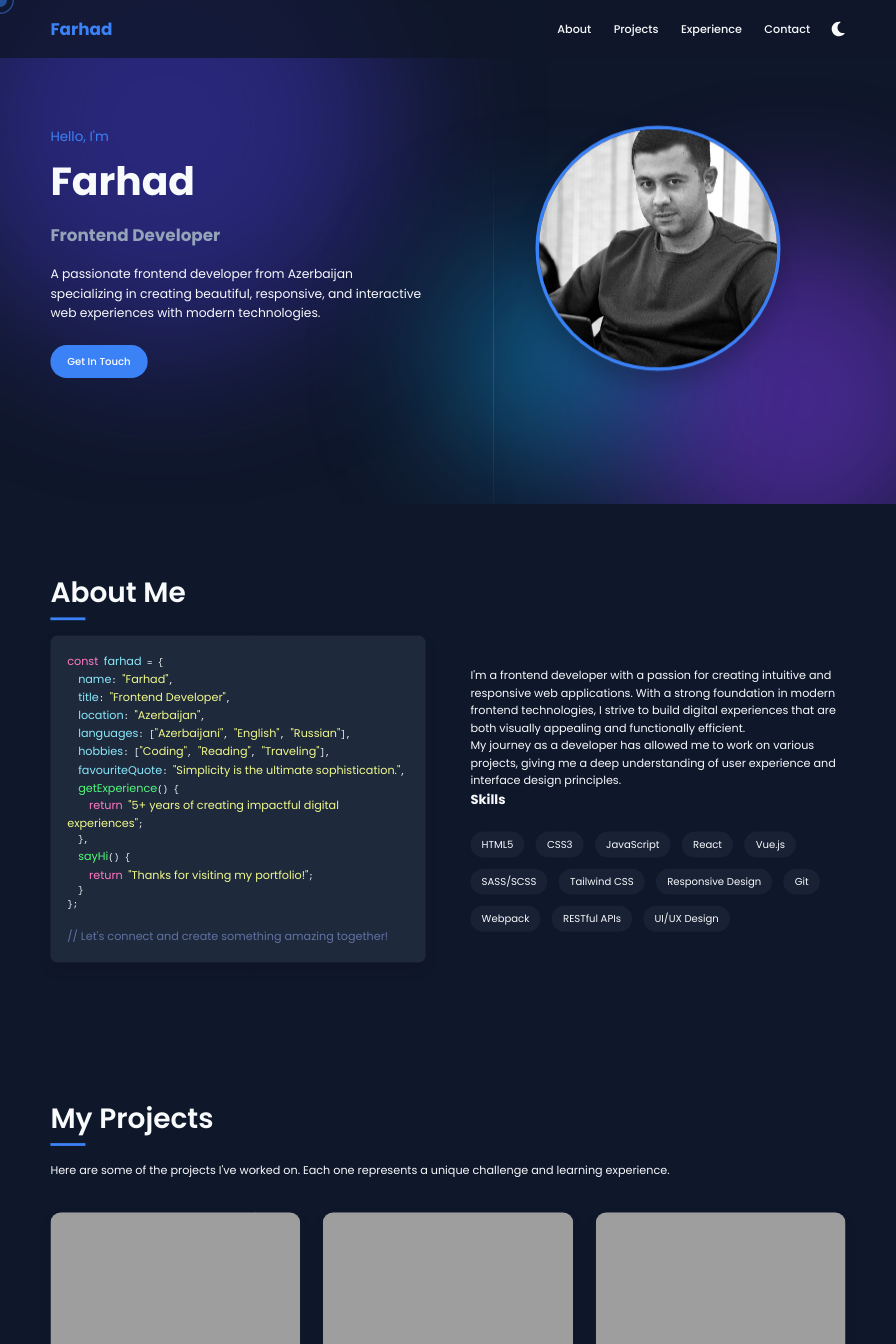
Repository: ferhadsultan98/portfolios
Page: index.html
These files come from the project's save history. The page is drawn as it stood at one moment and after the next save; the edit follows.
The browser window is 1280 px wide. The pictures show the part of the page from y = 0 to 1920 px (the page is 4449 px tall), at 70% of full size.
Pictures or frames that could not be fetched are drawn as grey boxes.

Above is the page before, as saved 2025-04-16 14:46:09.

### index.html
<!DOCTYPE html>
<html lang="en">
  <head>
    <meta charset="UTF-8" />
    <meta name="viewport" content="width=device-width, initial-scale=1.0" />
    <title>Farhad | Frontend Developer</title>
    <link rel="stylesheet" href="index.css" />
  </head>
  <body>
    <!-- Background Gradient Animation -->
    <div class="bg-gradient">
      <div class="gradient-circle circle-1"></div>
      <div class="gradient-circle circle-2"></div>
      <div class="gradient-circle circle-3"></div>
    </div>

    <!-- Custom Cursor -->
    <div class="cursor"></div>
    <div class="cursor-follower"></div>

    <!-- Header -->
    <header>
      <div class="container">
        <div class="header-content">
          <a href="#home" class="logo">Farhad</a>
          <div class="navbar">
            <ul class="nav-links">
              <li><a href="#about">About</a></li>
              <li><a href="#projects">Projects</a></li>
              <li><a href="#experience">Experience</a></li>
              <li><a href="#contact">Contact</a></li>
            </ul>
            <button class="theme-toggle">
              <i class="fas fa-moon"></i>
            </button>
            <button class="mobile-menu-btn">
              <i class="fas fa-bars"></i>
            </button>
          </div>
        </div>
      </div>
    </header>

    <!-- Home Section -->
    <section id="home">
      <div class="container">
        <div class="home-content">
          <div class="home-text">
            <p class="greeting">Hello, I'm</p>
            <h1 class="name">Farhad</h1>
            <h3 class="role">Frontend Developer</h3>
            <p class="home-desc">
              A passionate frontend developer from Azerbaijan specializing in
              creating beautiful, responsive, and interactive web experiences
              with modern technologies.
            </p>
            <a href="#contact" class="btn">Get In Touch</a>
          </div>
          <div class="home-image">
            <img src="/download.jpg" alt="Farhad Profile" class="profile-img" />
          </div>
        </div>
      </div>
    </section>

    <!-- About Section -->
    <section id="about">
      <div class="container">
        <h2 class="section-title">About Me</h2>
        <div class="about-content">
          <div class="about-text">
            <div class="code-block">
              <span class="code-keyword">const</span>
              <span class="code-property">farhad</span> = {<br />
              &nbsp;&nbsp;<span class="code-property">name</span>:
              <span class="code-string">"Farhad"</span>,<br />
              &nbsp;&nbsp;<span class="code-property">title</span>:
              <span class="code-string">"Frontend Developer"</span>,<br />
              &nbsp;&nbsp;<span class="code-property">location</span>:
              <span class="code-string">"Azerbaijan"</span>,<br />
              &nbsp;&nbsp;<span class="code-property">languages</span>: [<span
                class="code-string"
                >"Azerbaijani"</span
              >, <span class="code-string">"English"</span>,
              <span class="code-string">"Russian"</span>],<br />
              &nbsp;&nbsp;<span class="code-property">hobbies</span>: [<span
                class="code-string"
                >"Coding"</span
              >, <span class="code-string">"Reading"</span>,
              <span class="code-string">"Traveling"</span>],<br />
              &nbsp;&nbsp;<span class="code-property">favouriteQuote</span>:
              <span class="code-string"
                >"Simplicity is the ultimate sophistication."</span
              >,<br />
              &nbsp;&nbsp;<span class="code-function">getExperience</span>()
              {<br />
              &nbsp;&nbsp;&nbsp;&nbsp;<span class="code-keyword">return</span>
              <span class="code-string"
                >"5+ years of creating impactful digital experiences"</span
              >;<br />
              &nbsp;&nbsp;},<br />
              &nbsp;&nbsp;<span class="code-function">sayHi</span>() {<br />
              &nbsp;&nbsp;&nbsp;&nbsp;<span class="code-keyword">return</span>
              <span class="code-string"
                >"Thanks for visiting my portfolio!"</span
              >;<br />
              &nbsp;&nbsp;}<br />
              };<br /><br />
              <span class="code-comment"
                >// Let's connect and create something amazing together!</span
              >
            </div>
          </div>
          <div class="about-skills">
            <p>
              I'm a frontend developer with a passion for creating intuitive and
              responsive web applications. With a strong foundation in modern
              frontend technologies, I strive to build digital experiences that
              are both visually appealing and functionally efficient.
            </p>
            <p>
              My journey as a developer has allowed me to work on various
              projects, giving me a deep understanding of user experience and
              interface design principles.
            </p>
            <h3>Skills</h3>
            <div class="skills-container">
              <div class="skill-item">HTML5</div>
              <div class="skill-item">CSS3</div>
              <div class="skill-item">JavaScript</div>
              <div class="skill-item">React</div>
              <div class="skill-item">Vue.js</div>
              <div class="skill-item">SASS/SCSS</div>
              <div class="skill-item">Tailwind CSS</div>
              <div class="skill-item">Responsive Design</div>
              <div class="skill-item">Git</div>
              <div class="skill-item">Webpack</div>
              <div class="skill-item">RESTful APIs</div>
              <div class="skill-item">UI/UX Design</div>
            </div>
          </div>
        </div>
      </div>
    </section>

    <!-- Projects Section -->
    <section id="projects">
      <div class="container">
        <h2 class="section-title">My Projects</h2>
        <p>
          Here are some of the projects I've worked on. Each one represents a
          unique challenge and learning experience.
        </p>
        <div class="projects-container">
          <div class="project-card">
            <img
              src="/api/placeholder/400/240"
              alt="E-commerce Website"
              class="project-img"
            />
            <div class="project-content">
              <h3 class="project-title">E-commerce Website</h3>
              <p class="project-desc">
                A fully responsive e-commerce platform with user authentication,
                product filtering, and payment integration.
              </p>
              <div class="project-tags">
                <span class="project-tag">React</span>
                <span class="project-tag">Redux</span>
                <span class="project-tag">Stripe</span>
                <span class="project-tag">Firebase</span>
              </div>
              <button class="btn btn-sm view-project" data-project="project1">
                View Details
              </button>
            </div>
          </div>
          <div class="project-card">
            <img
              src="/api/placeholder/400/240"
              alt="Dashboard Application"
              class="project-img"
            />
            <div class="project-content">
              <h3 class="project-title">Dashboard Application</h3>
              <p class="project-desc">
                An interactive admin dashboard with data visualization, user
                management, and real-time updates.
              </p>
              <div class="project-tags">
                <span class="project-tag">Vue.js</span>
                <span class="project-tag">Chart.js</span>
                <span class="project-tag">Socket.io</span>
                <span class="project-tag">Node.js</span>
              </div>
              <button class="btn btn-sm view-project" data-project="project2">
                View Details
              </button>
            </div>
          </div>
          <div class="project-card">
            <img
              src="/api/placeholder/400/240"
              alt="Travel Blog"
              class="project-img"
            />
            <div class="project-content">
              <h3 class="project-title">Travel Blog</h3>
              <p class="project-desc">
                A content-focused travel blog with a custom CMS, image
                galleries, and interactive maps.
              </p>
              <div class="project-tags">
                <span class="project-tag">JavaScript</span>
                <span class="project-tag">SCSS</span>
                <span class="project-tag">Mapbox</span>
                <span class="project-tag">WordPress</span>
              </div>
              <button class="btn btn-sm view-project" data-project="project3">
                View Details
              </button>
            </div>
          </div>
        </div>
      </div>

      <!-- Project Modals -->
      <div id="project1Modal" class="project-modal">
        <div class="modal-content">
          <button class="close-modal">&times;</button>
          <img
            src="/api/placeholder/700/400"
            alt="E-commerce Website"
            class="modal-image"
          />
          <h2>E-commerce Website</h2>
          <p>
            A comprehensive e-commerce solution built with modern web
            technologies. This project features a responsive design that adapts
            to any device, providing users with a seamless shopping experience.
          </p>
          <h3>Features:</h3>
          <ul>
            <li>User authentication and profile management</li>
            <li>Product catalog with advanced filtering options</li>
            <li>Shopping cart and wishlist functionality</li>
            <li>Secure checkout process with Stripe integration</li>
            <li>Order tracking and history</li>
            <li>Admin panel for product and order management</li>
          </ul>
          <h3>Technologies Used:</h3>
          <ul>
            <li>React for the frontend UI</li>
            <li>Redux for state management</li>
            <li>Firebase for backend services and authentication</li>
            <li>Stripe for payment processing</li>
            <li>SCSS for custom styling</li>
            <li>Jest for unit testing</li>
          </ul>
          <div class="project-buttons">
            <a href="#" class="btn btn-sm">Visit Website</a>
            <a href="#" class="btn btn-sm">View Code</a>
          </div>
        </div>
      </div>

      <div id="project2Modal" class="project-modal">
        <div class="modal-content">
          <button class="close-modal">&times;</button>
          <img
            src="/api/placeholder/700/400"
            alt="Dashboard Application"
            class="modal-image"
          />
          <h2>Dashboard Application</h2>
          <p>
            A feature-rich admin dashboard designed to visualize and manage
            complex data sets. The application provides real-time updates and
            intuitive controls for efficient data management.
          </p>
          <h3>Features:</h3>
          <ul>
            <li>Interactive data visualization with customizable charts</li>
            <li>User management system with role-based permissions</li>
            <li>Real-time notifications and updates</li>
            <li>Drag-and-drop interface for report building</li>
            <li>Export functionality for reports and data</li>
            <li>Dark and light theme options</li>
          </ul>
          <h3>Technologies Used:</h3>
          <ul>
            <li>Vue.js for frontend development</li>
            <li>Chart.js for data visualization</li>
            <li>Socket.io for real-time communication</li>
            <li>Node.js for backend services</li>
            <li>MongoDB for database management</li>
            <li>Tailwind CSS for styling</li>
          </ul>
          <div class="project-buttons">
            <a href="#" class="btn btn-sm">Visit Website</a>
            <a href="#" class="btn btn-sm">View Code</a>
          </div>
        </div>
      </div>

      <div id="project3Modal" class="project-modal">
        <div class="modal-content">
          <button class="close-modal">&times;</button>
          <img
            src="/api/placeholder/700/400"
            alt="Travel Blog"
            class="modal-image"
          />
          <h2>Travel Blog</h2>
          <p>
            A visually stunning travel blog focused on delivering rich content
            and immersive experiences. The blog features beautifully designed
            articles, interactive maps, and high-quality image galleries.
          </p>
          <h3>Features:</h3>
          <ul>
            <li>Custom content management system for easy publishing</li>
            <li>Interactive maps showing travel destinations</li>
            <li>Image galleries with lightbox functionality</li>
            <li>Category and tag-based content organization</li>
            <li>Social media integration for content sharing</li>
            <li>Newsletter subscription system</li>
          </ul>
          <h3>Technologies Used:</h3>
          <ul>
            <li>JavaScript for frontend interactivity</li>
            <li>SCSS for advanced styling</li>
            <li>Mapbox for interactive maps</li>
            <li>WordPress as headless CMS</li>
            <li>REST API for content delivery</li>
            <li>Lazy loading for performance optimization</li>
          </ul>
          <div class="project-buttons">
            <a href="#" class="btn btn-sm">Visit Website</a>
            <a href="#" class="btn btn-sm">View Code</a>
          </div>
        </div>
      </div>
    </section>

    <!-- Experience Section -->
    <section id="experience">
      <div class="container">
        <h2 class="section-title">Experience</h2>
        <p>My professional journey in the world of frontend development.</p>
        <div class="experience-timeline">
          <div class="timeline-line"></div>

          <div class="timeline-item">
            <div class="timeline-dot"></div>
            <div class="timeline-date">2023 - Present</div>
            <h3 class="timeline-role">Senior Frontend Developer</h3>
            <p class="timeline-company">TechVision Solutions</p>
            <p class="timeline-desc">
              Lead the frontend development team in creating enterprise-level
              web applications. Implemented modern frontend architecture and
              mentored junior developers. Collaborated with UX/UI designers to
              create intuitive user interfaces.
            </p>
          </div>

          <div class="timeline-item">
            <div class="timeline-dot"></div>
            <div class="timeline-date">2020 - 2023</div>
            <h3 class="timeline-role">Frontend Developer</h3>
            <p class="timeline-company">Digital Innovations Inc.</p>
            <p class="timeline-desc">
              Developed responsive web applications using React and Vue.js.
              Implemented state management solutions and optimized application
              performance. Worked in an agile team environment with daily
              standups and sprint planning.
            </p>
          </div>

          <div class="timeline-item">
            <div class="timeline-dot"></div>
            <div class="timeline-date">2018 - 2020</div>
            <h3 class="timeline-role">UI Developer</h3>
            <p class="timeline-company">Creative Web Solutions</p>
            <p class="timeline-desc">
              Created responsive and accessible user interfaces for various
              clients. Implemented pixel-perfect designs from Figma and Adobe
              XD. Collaborated with backend developers to integrate frontend
              with APIs.
            </p>
          </div>

          <div class="timeline-item">
            <div class="timeline-dot"></div>
            <div class="timeline-date">2017 - 2018</div>
            <h3 class="timeline-role">Frontend Intern</h3>
            <p class="timeline-company">WebTech Azerbaijan</p>
            <p class="timeline-desc">
              Assisted senior developers in building website components. Learned
              modern frontend development practices and collaborated on small to
              medium-sized projects. Focused on HTML, CSS, and JavaScript
              fundamentals.
            </p>
          </div>
        </div>
      </div>
    </section>

    <!-- Contact Section -->
    <section id="contact">
      <div class="container">
        <h2 class="section-title">Contact Me</h2>
        <p>
          Feel free to reach out if you have any questions or want to work
          together.
        </p>
        <div class="contact-content">
          <div class="contact-info">
            <div class="contact-item">
              <div class="contact-icon">
                <i class="fas fa-envelope"></i>
              </div>
              <div>
                <h3>Email</h3>
                <p>farhad@example.com</p>
              </div>
            </div>
            <div class="contact-item">
              <div class="contact-icon">
                <i class="fas fa-phone"></i>
              </div>
              <div>
                <h3>Phone</h3>
                <p>+994 50 123 4567</p>
              </div>
            </div>
            <div class="contact-item">
              <div class="contact-icon">
                <i class="fas fa-map-marker-alt"></i>
              </div>
              <div>
                <h3>Location</h3>
                <p>Baku, Azerbaijan</p>
              </div>
            </div>
            <div class="social-links">
              <a href="#" class="social-link"><i class="fab fa-github"></i></a>
              <a href="#" class="social-link"
                ><i class="fab fa-linkedin"></i
              ></a>
              <a href="#" class="social-link"><i class="fab fa-twitter"></i></a>
              <a href="#" class="social-link"
                ><i class="fab fa-instagram"></i
              ></a>
            </div>
          </div>
          <div class="contact-form">
            <form id="contactForm">
              <div class="form-group">
                <label for="name" class="form-label">Name</label>
                <input
                  type="text"
                  id="name"
                  name="name"
                  class="form-input"
                  required
                />
              </div>
              <div class="form-group">
                <label for="email" class="form-label">Email</label>
                <input
                  type="email"
                  id="email"
                  name="email"
                  class="form-input"
                  required
                />
              </div>
              <div class="form-group">
                <label for="subject" class="form-label">Subject</label>
                <input
                  type="text"
                  id="subject"
                  name="subject"
                  class="form-input"
                  required
                />
              </div>
              <div class="form-group">
                <label for="message" class="form-label">Message</label>
                <textarea
                  id="message"
                  name="message"
                  class="form-input form-textarea"
                  required
                ></textarea>
              </div>
              <button type="submit" class="btn">Send Message</button>
            </form>
          </div>
        </div>
      </div>
    </section>

    <!-- Font Awesome for Icons -->
    <script src="https://cdnjs.cloudflare.com/ajax/libs/font-awesome/5.15.4/js/all.min.js"></script>

    <!-- Main JavaScript -->
    <script type="module" src="index.js"></script>
  </body>
</html>

Loaded but not shown: index.js (232 lines, source omitted); index.css (874 lines, source omitted)

After the next save:
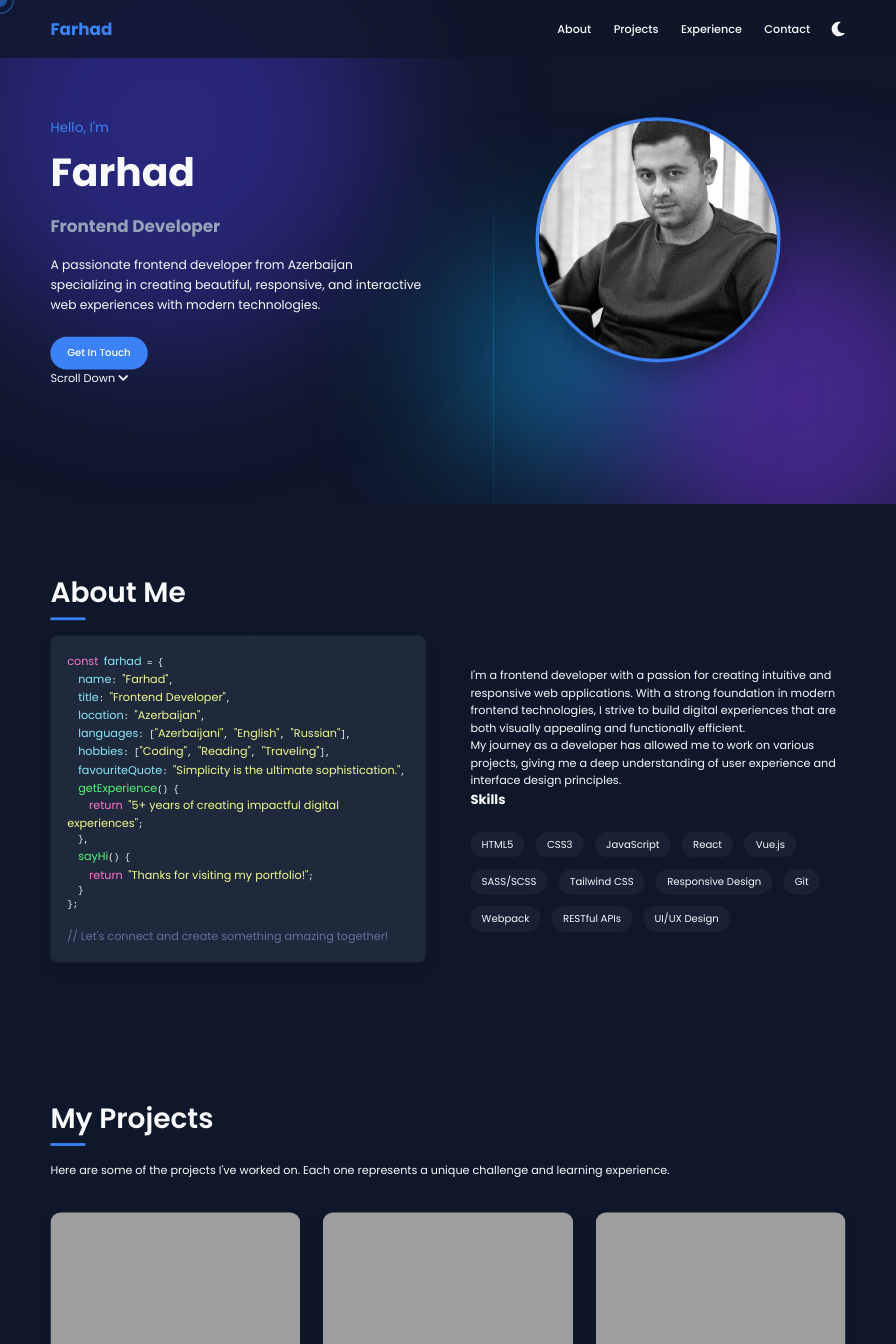
Saved 58 s later.
--- a/index.html
+++ b/index.html
@@ -43,25 +43,34 @@
 
     <!-- Home Section -->
     <section id="home">
-      <div class="container">
-        <div class="home-content">
-          <div class="home-text">
-            <p class="greeting">Hello, I'm</p>
-            <h1 class="name">Farhad</h1>
-            <h3 class="role">Frontend Developer</h3>
-            <p class="home-desc">
-              A passionate frontend developer from Azerbaijan specializing in
-              creating beautiful, responsive, and interactive web experiences
-              with modern technologies.
-            </p>
-            <a href="#contact" class="btn">Get In Touch</a>
-          </div>
-          <div class="home-image">
-            <img src="/download.jpg" alt="Farhad Profile" class="profile-img" />
-          </div>
-        </div>
-      </div>
-    </section>
+        <div class="container">
+          <div class="home-content">
+            <div class="home-text">
+              <p class="greeting">Hello, I'm</p>
+              <h1 class="name">Farhad</h1>
+              <h3 class="role">Frontend Developer</h3>
+              <p class="home-desc">
+                A passionate frontend developer from Azerbaijan specializing in
+                creating beautiful, responsive, and interactive web experiences
+                with modern technologies.
+              </p>
+              <div class="home-actions">
+                <a href="#contact" class="btn">Get In Touch</a>
+              </div>
+            </div>
+            <div class="home-image">
+              <img src="/download.jpg" alt="Farhad Profile" class="profile-img" />
+            </div>
+          </div>
+          <div class="scroll-down">
+            <span>Scroll Down</span>
+            <i class="fas fa-chevron-down"></i>
+          </div>
+        </div>
+        <!-- Background shapes -->
+        <div class="home-bg-shape shape-1"></div>
+        <div class="home-bg-shape shape-2"></div>
+      </section>
 
     <!-- About Section -->
     <section id="about">
